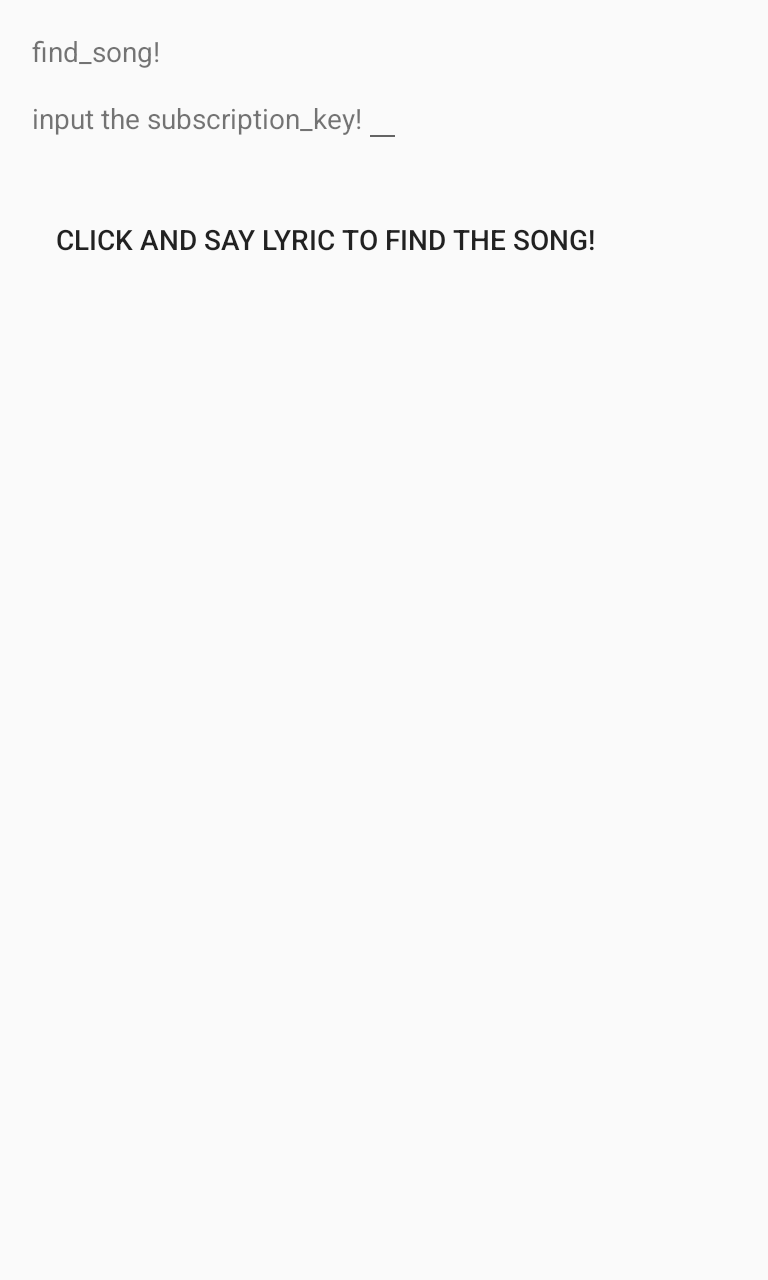
Repository: lyfhallelujah/nj
Layout: sound/sound/res/layout/activity_main.xml
An editor plug-in stored every save of this project. The layout is shown before and after the next save, followed by the edit.
It is drawn on a 768 x 1280 px phone screen (xhdpi) without system bars, with theme AppTheme; the app's code is not run. Lists and similar views that code fills are empty.

Above is the layout before, as saved 2015-12-01 15:44:16.

After the next save:
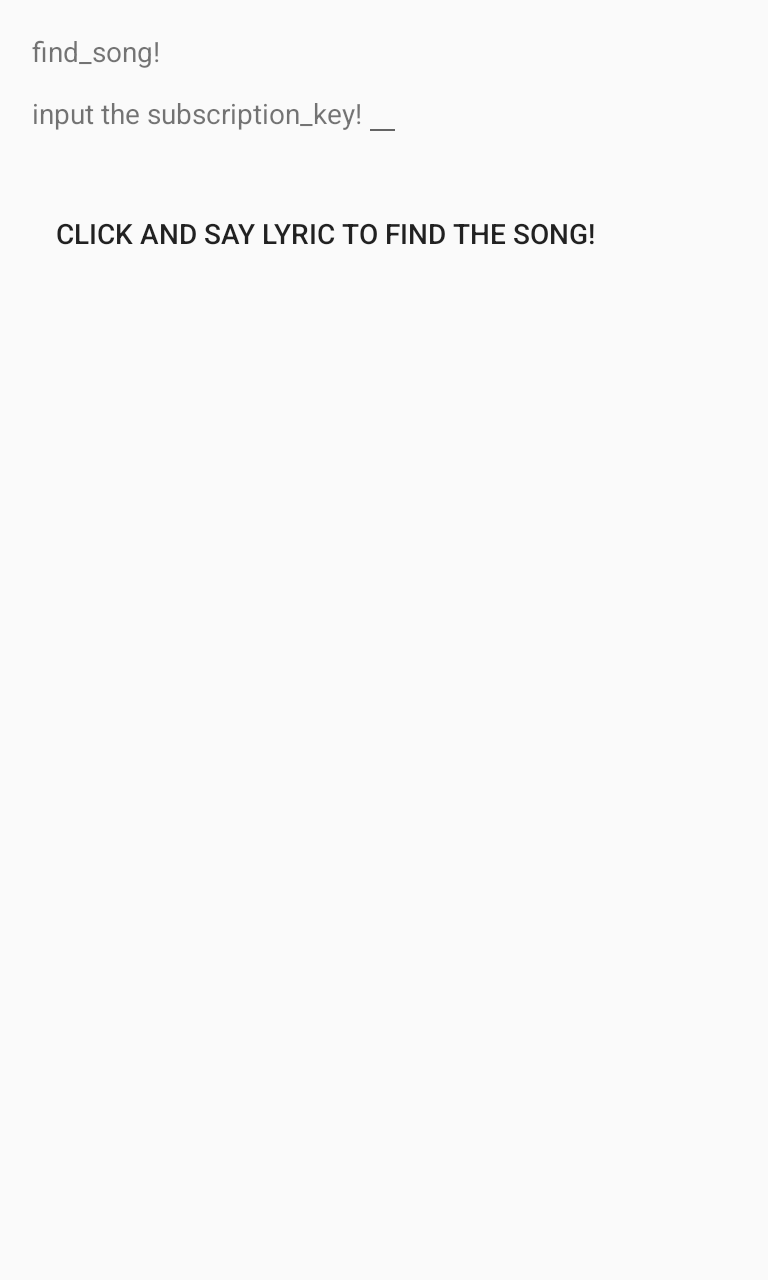
Saved 45 s later.
--- a/sound/sound/res/layout/activity_main.xml
+++ b/sound/sound/res/layout/activity_main.xml
@@ -26,6 +26,7 @@
 
     	<EditText
         android:id="@+id/cdkey"
+        android:textSize="16sp"
         android:layout_width="wrap_content"
         android:layout_height="wrap_content"
         android:text="" />
